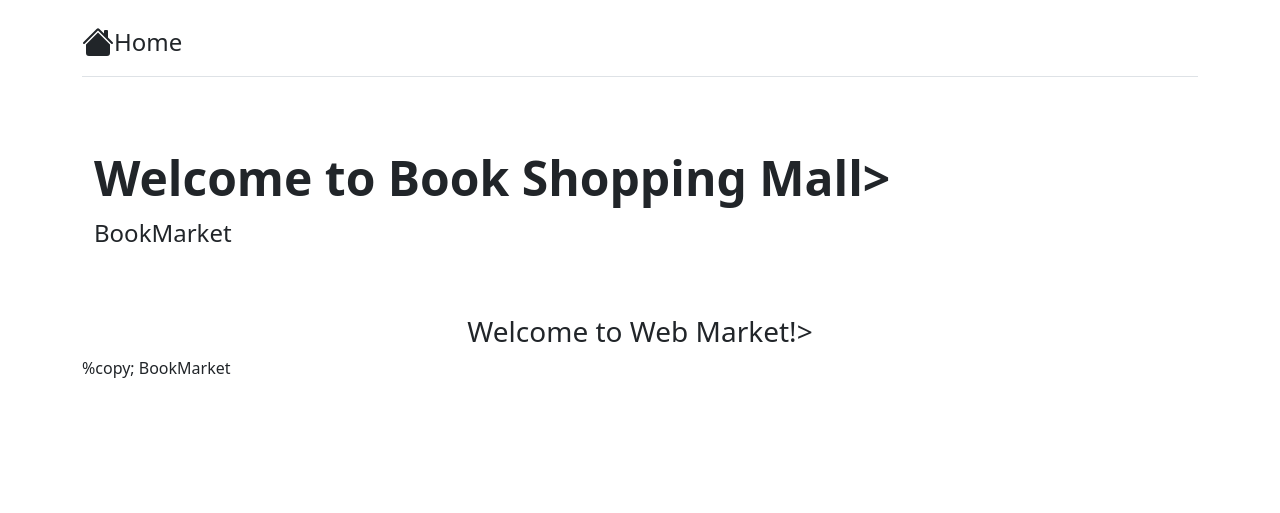
Repository: sanghyunlee7680/JSP-practice
Page: http://localhost/bookmarket/
An editor plug-in stored every save of this project. The page is shown before and after the next save, followed by the edit.
The browser window is 1280 px wide. The pictures show the whole page.
The page is served by Tomcat 10.

Above is the page before, as saved 2024-10-08 02:32:23.

After the next save:
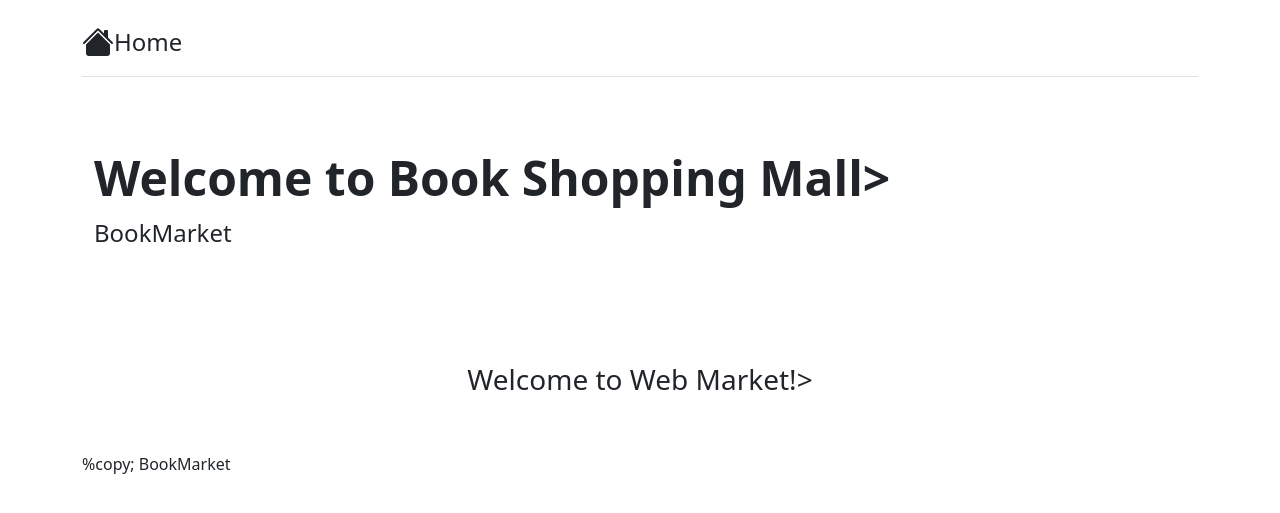
Saved 15 s later.
--- a/bookmarket/src/main/webapp/welcome.jsp
+++ b/bookmarket/src/main/webapp/welcome.jsp
@@ -28,7 +28,7 @@
 		</div>
 		<div class="row align-items-md-stretch text-center">
 			<div class="col-md-12">
-				<div>
+				<div class="h-100 p-5">
 					<h3><%=tagline  %>></h3>
 				</div>
 			</div>
